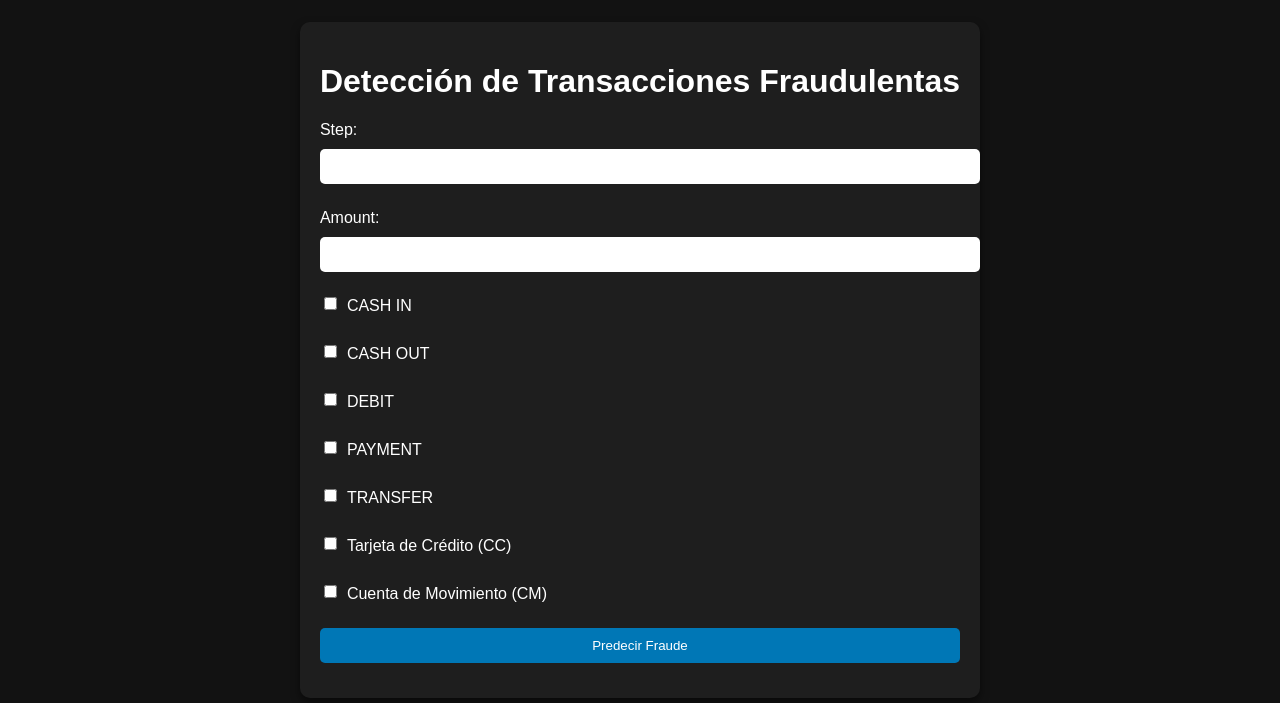
Repository: civvic1/Fraud_Detection_Online
Page: templates/index.html
These files come from the project's save history. The page is drawn as it stood at one moment and after the next save; the edit follows.
The browser window is 1280 px wide. The pictures show the whole page.
The page is served by the project's application, run on Flask 3 (main2.py). The template is opened directly, without the code that normally fills it, so the values that code supplies are empty.

Above is the page before, as saved 2024-10-24 20:21:01.

After the next save:
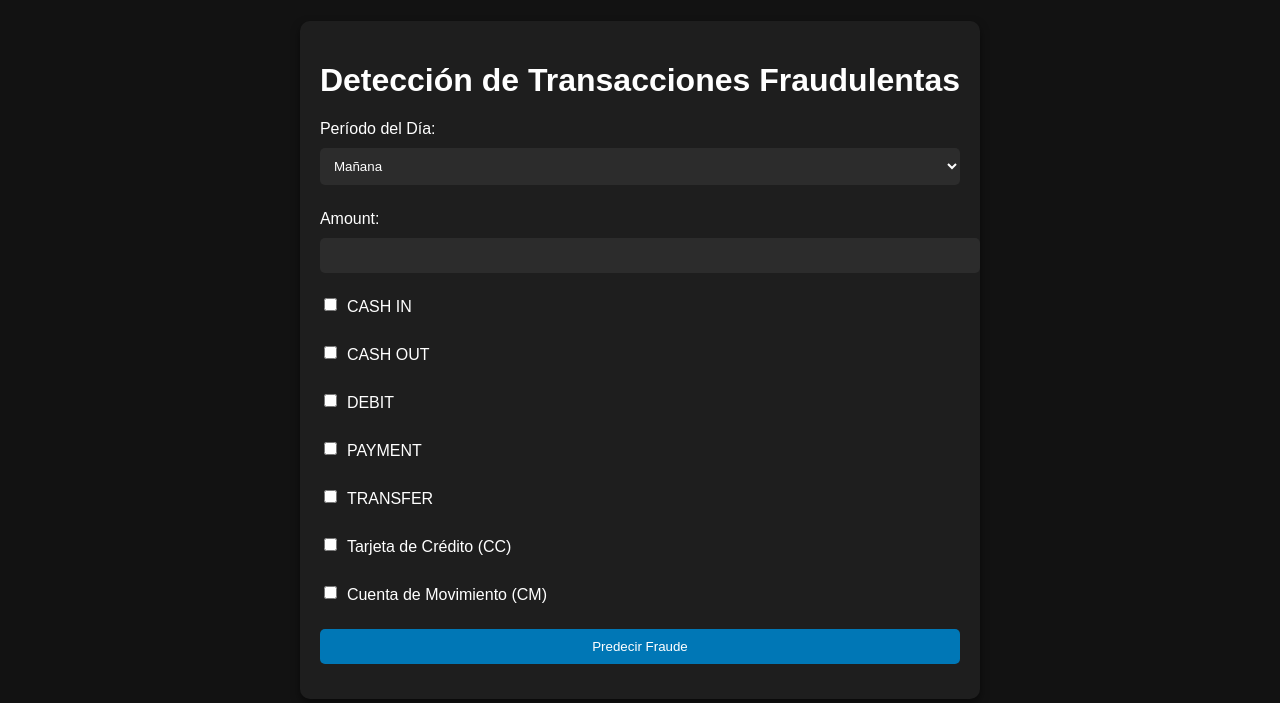
Saved 13 h 34 min later.
--- a/templates/index.html
+++ b/templates/index.html
@@ -29,12 +29,15 @@
       }
 
       input[type="number"],
-      input[type="submit"] {
+      input[type="submit"],
+      select {
         width: 100%;
         padding: 10px;
         margin: 5px 0 15px;
         border: none;
         border-radius: 5px;
+        background-color: #2c2c2c;
+        color: white;
       }
 
       input[type="checkbox"] {
@@ -62,8 +65,15 @@
     <div class="form-container">
       <h1>Detección de Transacciones Fraudulentas</h1>
       <form action="/predecir" method="POST">
-        <label for="step">Step:</label>
-        <input type="number" id="step" name="step" required />
+        <!-- Menú desplegable para el período del día -->
+        <label for="periodo_dia">Período del Día:</label>
+        <select id="periodo_dia" name="periodo_dia" required>
+          <option value="Mañana">Mañana</option>
+          <option value="Mediodía">Mediodía</option>
+          <option value="Tarde">Tarde</option>
+          <option value="Noche">Noche</option>
+          <option value="Madrugada">Madrugada</option>
+        </select>
 
         <label for="amount">Amount:</label>
         <input type="number" step="0.01" id="amount" name="amount" required />
